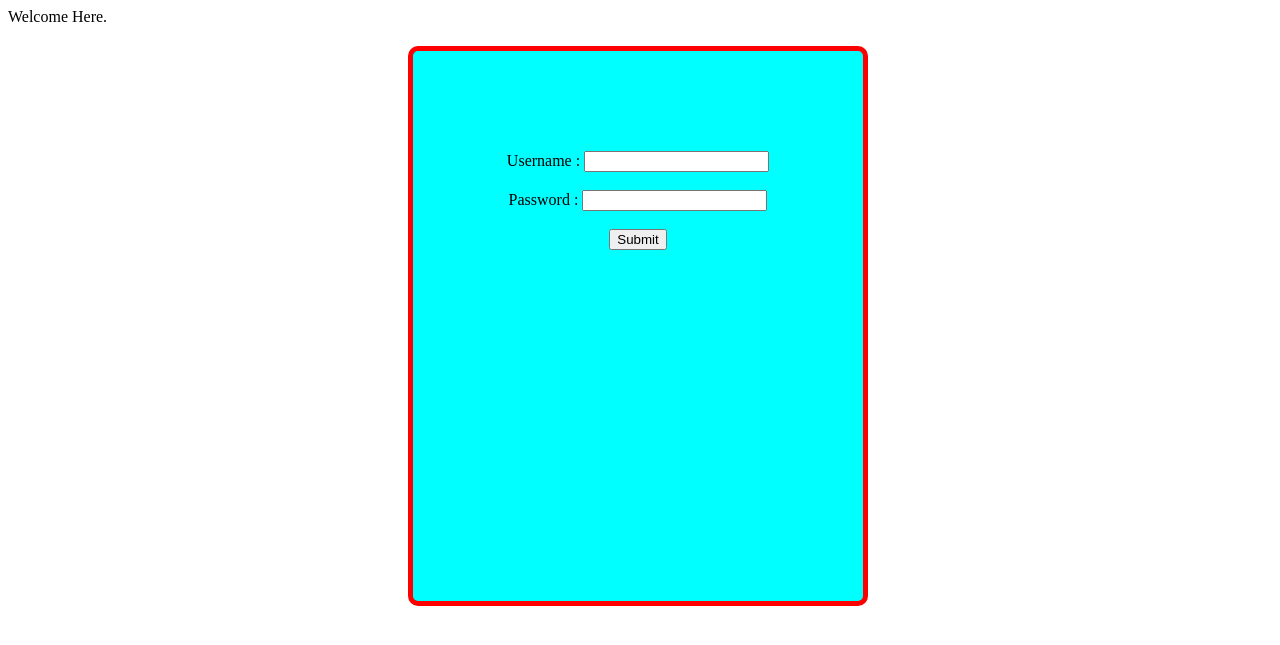
Repository: sunil965/JavaRepo
Page: WebProject/WebContent/index.html
These files come from the project's save history. The page is drawn as it stood at one moment and after the next save; the edit follows.
The browser window is 1280 px wide. The pictures show the whole page.

Above is the page before, as saved 2017-04-26 11:09:20.

### WebProject/WebContent/index.html
<!DOCTYPE html>
<html>
<head>
<meta charset="UTF-8">
<title>Insert title here</title>
</head>
<style>
.div{
   border: 5px solid red;
   height: 450px;
   width: 450px;
   background-color: cyan;
   margin-left: 400px;
   margin-top: 20px;
   padding-top:100px;
   border-radius: 10px;



}
</style>
<body>

<div><hi>Welcome Here.</hi></div>

<div class="div">
<center>
<form action="LoginServlet" method="get">
Username : <input type="text" id="name"><br><br>
Password : <input type="password" id="name"><br><br>
<input type="submit">
</form>
</center>
</div>


</body>
</html>

After the next save:
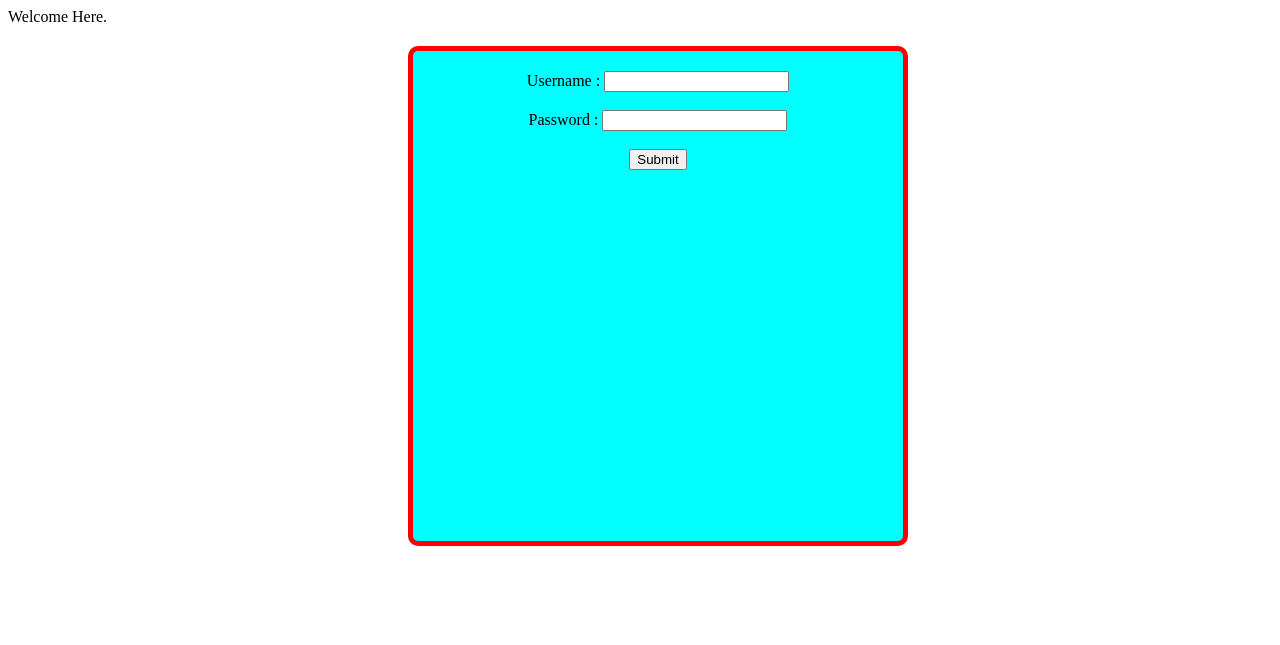
Saved 63 s later.
--- a/WebProject/WebContent/index.html
+++ b/WebProject/WebContent/index.html
@@ -12,7 +12,7 @@
    background-color: cyan;
    margin-left: 400px;
    margin-top: 20px;
-   padding-top:100px;
+   padding:20px;
    border-radius: 10px;
 
 
